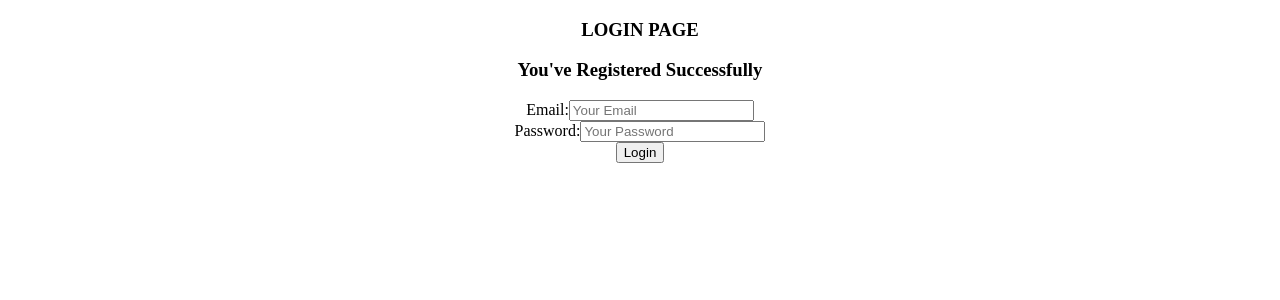
Repository: msibgathulla9980/Servlet
Page: ServletJdbcApp/WebContent/login.html
The author's editor kept a copy of each file at every save. The page is drawn from the files as they stood at one save, then again after the next save.
The browser window is 1280 px wide. The pictures show the whole page.

Above is the page before, as saved 2019-01-23 12:28:38.

After the next save:
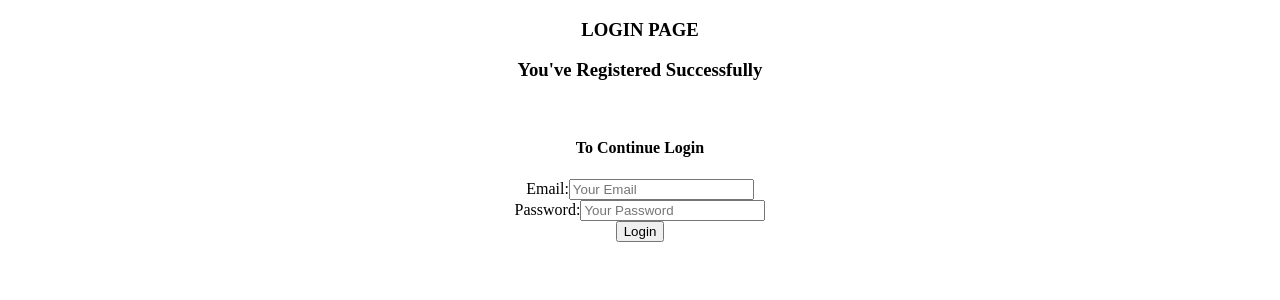
Saved 10 min 45 s later.
--- a/ServletJdbcApp/WebContent/login.html
+++ b/ServletJdbcApp/WebContent/login.html
@@ -7,7 +7,8 @@
 </head>
 <body>
 <center>
-<h3>You've Registered Successfully</h3>
+<h3>You've Registered Successfully</h3><br>
+<h4>To Continue Login</h4>
 <form action="login" method="post">
 Email:<input type="email" name="email" placeholder="Your Email" required/><br>
 Password:<input type="password" name="password" placeholder="Your Password" required/><br>
